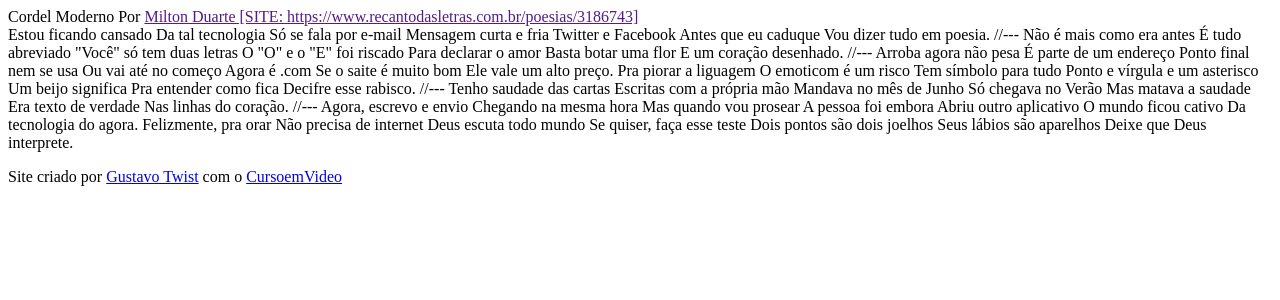
Repository: gustavotwist/projeto-cordel
Page: index.html
The author's editor kept a copy of each file at every save. The page is drawn from the files as they stood at one save, then again after a run of saves.
The browser window is 1280 px wide. The pictures show the whole page.

Above is the page before, as saved 2024-04-15 21:27:03.

### index.html
<!DOCTYPE html>
<html lang="pt-br">
<head>
    <meta charset="UTF-8">
    <meta name="viewport" content="width=device-width, initial-scale=1.0">
    <title>Cordel Moderno</title>
</head>
<body>
    <header>
        Cordel Moderno
        Por <a href="">
            Milton Duarte
            [SITE: https://www.recantodasletras.com.br/poesias/3186743]
        </a>
    </header>

    Estou ficando cansado
    Da tal tecnologia
    Só se fala por e-mail
    Mensagem curta e fria
    Twitter e Facebook
    Antes que eu caduque
    Vou dizer tudo em poesia.

    //---

    Não é mais como era antes
    É tudo abreviado
    "Você" só tem duas letras
    O "O" e o "E" foi riscado
    Para declarar o amor
    Basta botar uma flor
    E um coração desenhado.

    //---

    Arroba agora não pesa
    É parte de um endereço
    Ponto final nem se usa
    Ou vai até no começo
    Agora é .com
    Se o saite é muito bom
    Ele vale um alto preço.

    Pra piorar a liguagem
    O emoticom é um risco
    Tem símbolo para tudo
    Ponto e vírgula e um asterisco
    Um beijo significa
    Pra entender como fica
    Decifre esse rabisco.

    //---

    Tenho saudade das cartas
    Escritas com a própria mão
    Mandava no mês de Junho
    Só chegava no Verão
    Mas matava a saudade
    Era texto de verdade
    Nas linhas do coração.

    //---

    Agora, escrevo e envio
    Chegando na mesma hora
    Mas quando vou prosear
    A pessoa foi embora
    Abriu outro aplicativo
    O mundo ficou cativo
    Da tecnologia do agora.

    Felizmente, pra orar
    Não precisa de internet
    Deus escuta todo mundo
    Se quiser, faça esse teste
    Dois pontos são dois joelhos
    Seus lábios são aparelhos
    Deixe que Deus interprete.

    <footer>
        <p>Site criado por <a href="https://github.com/gustavotwist" target="_blank">Gustavo Twist</a> com o <a href="https://www.cursoemvideo.com" target="_blank">CursoemVideo</a></p>
    </footer>
</body>
</html>

After the next 2 saves:
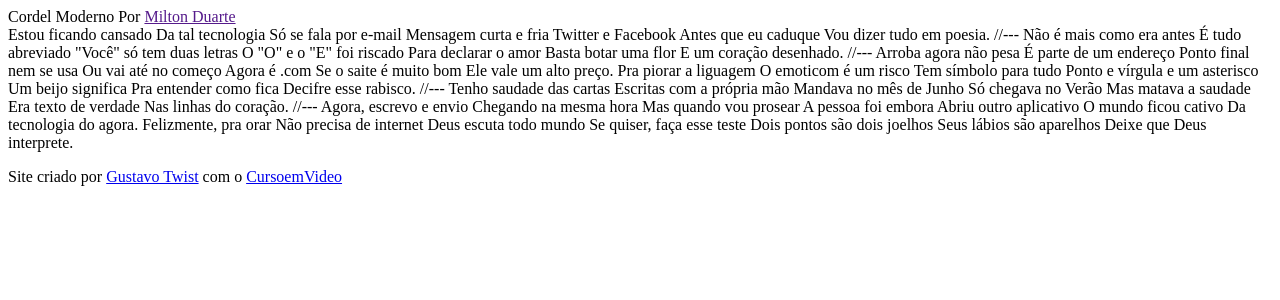
The 2 saves are shown as one change because they came seconds apart.
The last was saved 39 s later.
--- a/index.html
+++ b/index.html
@@ -10,7 +10,6 @@
         Cordel Moderno
         Por <a href="">
             Milton Duarte
-            [SITE: https://www.recantodasletras.com.br/poesias/3186743]
         </a>
     </header>
 
